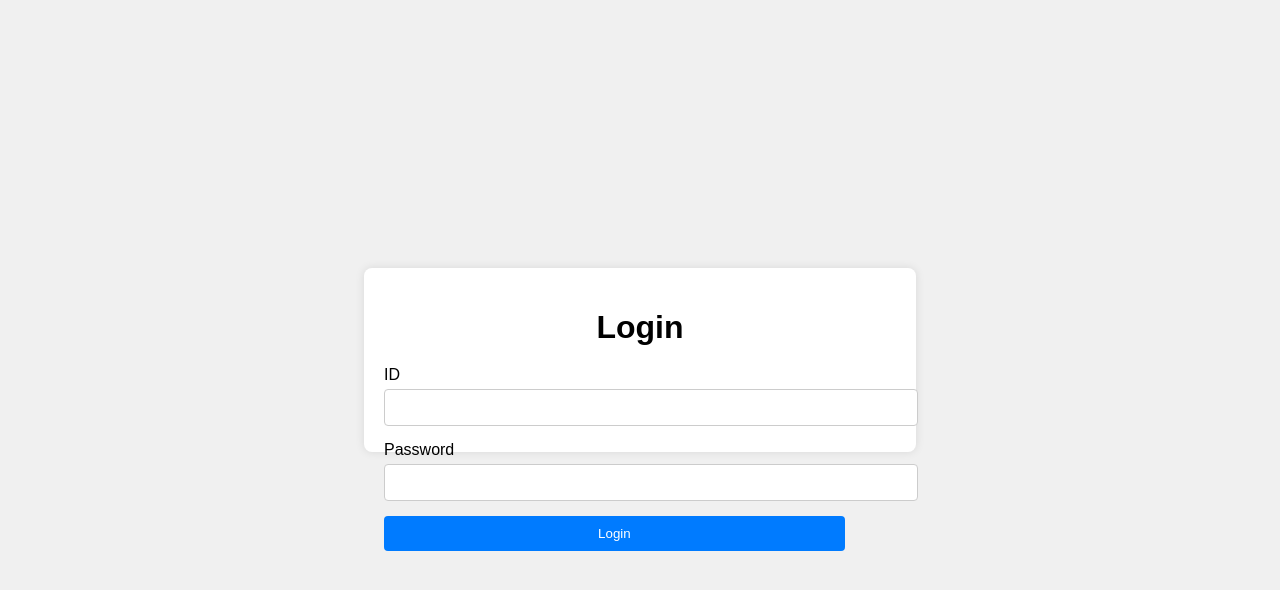
Repository: LifeIsRightward/WebServer
Page: http://localhost/JSPBook/Project/login.jsp
These files come from the project's save history. The page is drawn as it stood at one moment and after the next save; the edit follows.
The browser window is 1280 px wide. The pictures show the whole page.
The page is served by Tomcat 9. Other server files are loaded and not shown.

Above is the page before, as saved 2024-06-05 17:13:07.

### JSPBook/src/main/webapp/Project/login.jsp
<%@ page language="java" contentType="text/html; charset=EUC-KR"
    pageEncoding="EUC-KR"%>
<!DOCTYPE html>
<html>
<head>
    <meta charset="UTF-8">
    <title>Login Page</title>
    <link rel="stylesheet" href="css/login.css" type="text/css">
</head>
<body>
    <div class="login-container">
        <h1>Login</h1>
        <form method="post" action="loginprocess.jsp">
            <label for="username">ID</label>
            <input type="text" id="username" name="username" required>

            <label for="password">Password</label>
            <input type="password" id="password" name="password" required>

            <button type="submit">Login</button>
        </form>
    </div>
</body>
</html>

### JSPBook/src/main/webapp/Project/css/login.css
@charset "EUC-KR";

body {
	font-family: Arial, sans-serif;
    display: flex;
    justify-content: center;
    align-items: center;
    height: 100vh;
    margin: 0;
    background-color: #f0f0f0;
}

.login-container {
	background-color: #fff;
    padding: 20px;
    box-shadow: 0 0 10px rgba(0, 0, 0, 0.1);
    border-radius: 8px;
    width: 40%;
    height: 20%;
}

.login-container h1 {
	text-align: center;
	margin-bottom: 20px;
}

.login-container label {
	display: block;
     margin-bottom: 5px;
}
.login-container input[type="text"],
.login-container input[type="password"] {
	width: 100%;
	padding: 10px;
	margin-bottom: 15px;
	border: 1px solid #ccc;
	border-radius: 4px;
}

.login-container button {
	width: 90%;
    padding: 10px;
  	background-color: #007BFF;
	border: none;
	color: white;
	border-radius: 4px;
	cursor: pointer;
}

.login-container button:hover {
	background-color: #0056b3;
}

#username {
	margin-right: 5%;
}

#password {
	margin-right: 2%;
}

After the next save:
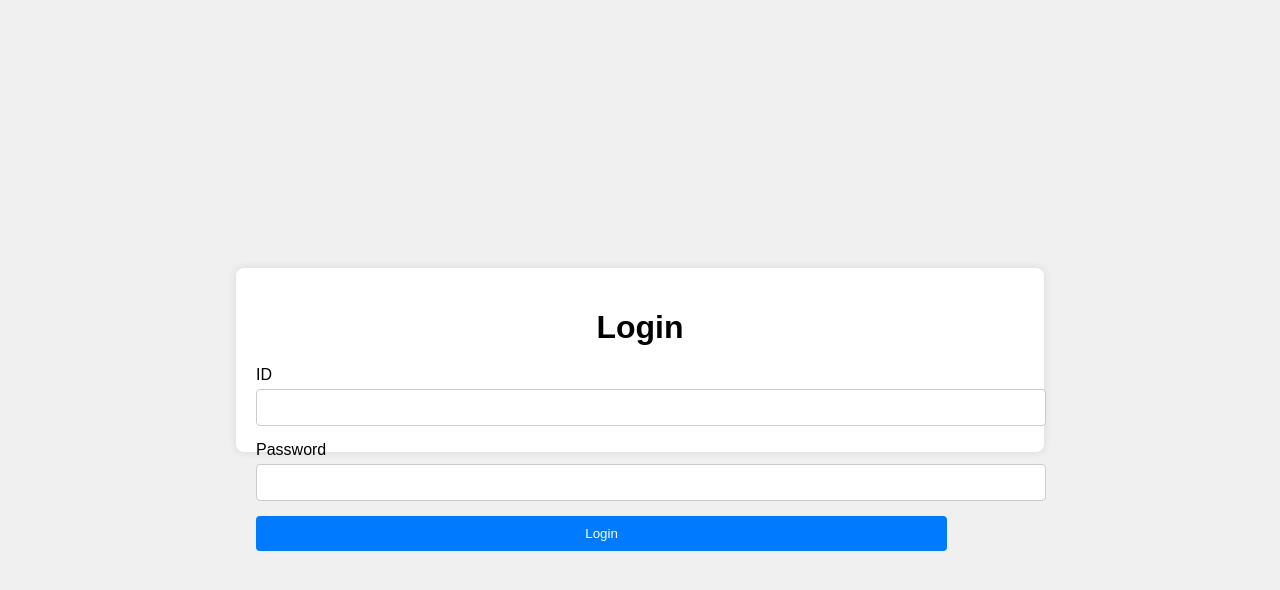
Saved 35 s later.
--- a/JSPBook/src/main/webapp/Project/css/login.css
+++ b/JSPBook/src/main/webapp/Project/css/login.css
@@ -15,7 +15,7 @@ body {
     padding: 20px;
     box-shadow: 0 0 10px rgba(0, 0, 0, 0.1);
     border-radius: 8px;
-    width: 40%;
+    width: 60%;
     height: 20%;
 }
 
